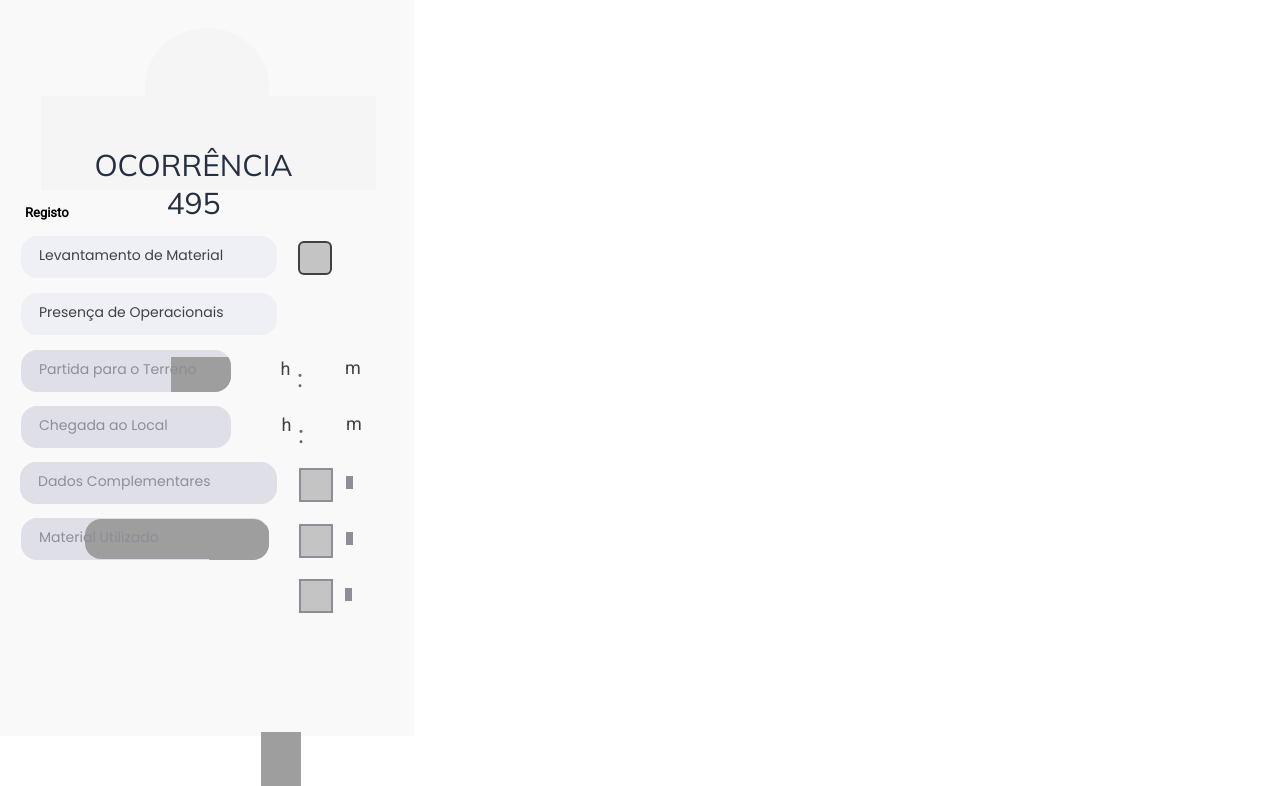
Repository: UnivMinho/D12_frontend
Page: Responsável no Terreno/Front-Office/RegistoDadosOcorrencia.html
The author's editor kept a record of every edit. The page is drawn from the files as they stood at one moment, then again after the next edit.
The browser window is 1280 px wide. The pictures show the whole page.
Pictures or frames that could not be fetched are drawn as grey boxes. Some web libraries are served in a nearby version.

Above is the page before.

After the next edit:
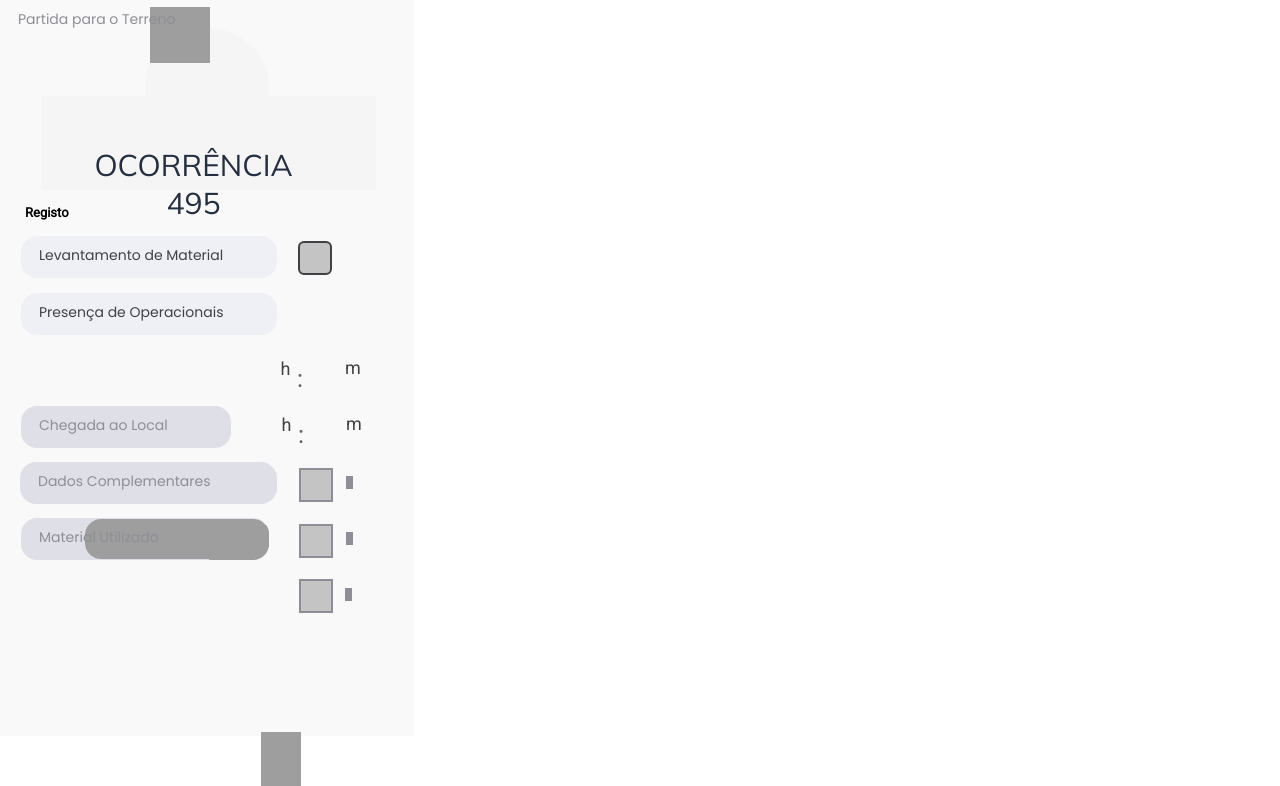
The edit:
--- a/Responsável no Terreno/Front-Office/RegistoDadosOcorrencia.css
+++ b/Responsável no Terreno/Front-Office/RegistoDadosOcorrencia.css
@@ -299,7 +299,7 @@
   text-align: left;
 }
 
-.v67_9 {
+.boxPartida {
   width: 210px;
   height: 42px;
   background: rgba(223,224,231,1);
